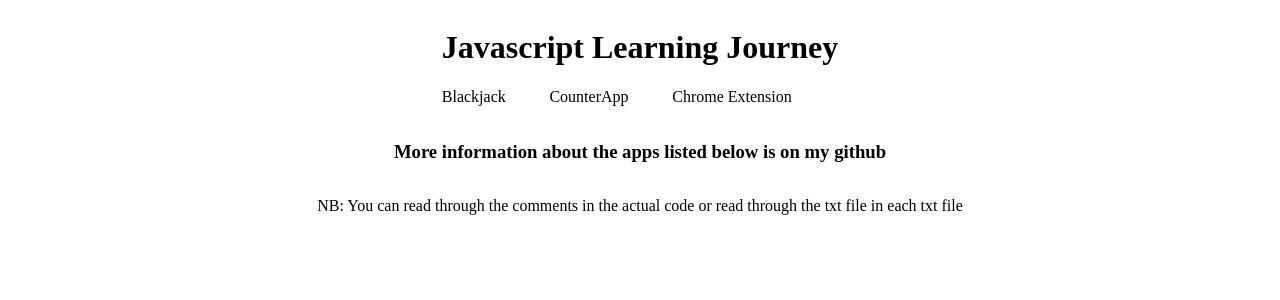
Repository: Siphamandla201/Javascript-Journey
Page: index.html
An editor plug-in stored every save of this project. The page is shown before and after a run of saves, followed by the edit.
The browser window is 1280 px wide. The pictures show the whole page.

Above is the page before, as saved 2023-07-27 16:21:38.

After the next 5 saves:
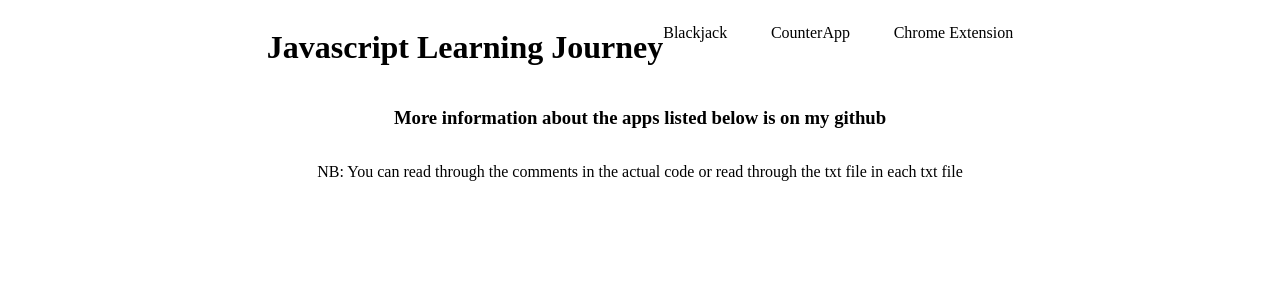
The 5 saves are shown as one change because they came seconds apart.
The last was saved 21 s later.
--- a/style.css
+++ b/style.css
@@ -3,6 +3,10 @@ body {
     flex-direction: column;
     align-items: center;
     justify-content: center;
+}
+
+div {
+    display: flex;
 }
 
 .game-links {
